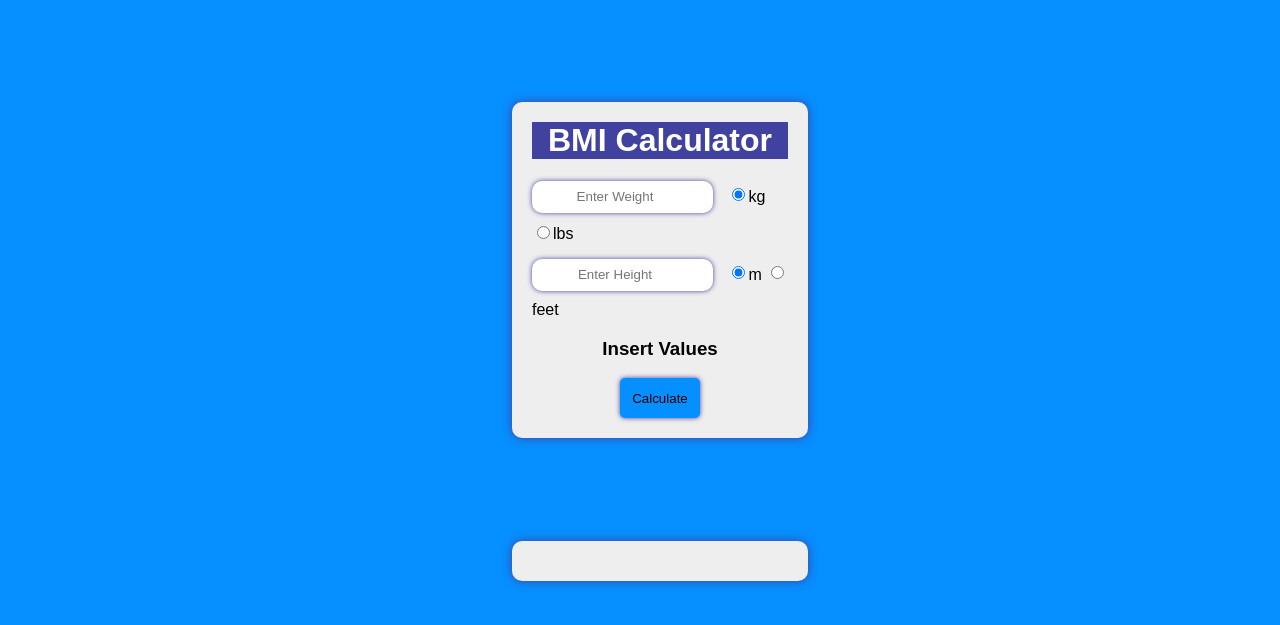
Repository: shayanabedi98/bmi-calculator
Page: index.html
An editor plug-in stored every save of this project. The page is shown before and after the next save, followed by the edit.
The browser window is 1280 px wide. The pictures show the whole page.

Above is the page before, as saved 2023-07-24 14:27:39.

### index.html
<!DOCTYPE html>
<html lang="en">
<head>
    <meta charset="UTF-8">
    <meta name="viewport" content="width=device-width, initial-scale=1.0">
    <title>BMI Calculator</title>
    <link rel="stylesheet" href="styles.css">
</head>
<body>
    <div class="card">
        <div class="bmi-calculator">
            <h1>BMI Calculator</h1>
            <div class="weight">
                <input type="number" placeholder="Enter Weight">
                <input type="radio" name="weight" checked><span>kg</span>
                <input type="radio" name="weight"><span>lbs</span>
            </div>
            <div class="height">
                <input type="number" placeholder="Enter Height">
                <input type="radio" name="height" checked><span>m</span>
                <input type="radio" name="height"><span>feet</span>
            </div>
            <div class="result">
                <h3>Insert Values</h3>
                <button class="calculate">Calculate</button>
            </div>
        </div>
    </div>
    <div class="card">
        <div class="bmi-chart">

        </div>
    </div>
</body>
</html>

### styles.css
body {
    background-color: #068FFF;
    font-family: sans-serif;
    text-align: center;
    padding: 0;
    margin: 0;
}

h1 {
    margin-top: 0;
    background-color: #4141a0;
    color: #ffffff;
}

.card {
    background-color: #EEEEEE;
    padding: 20px;
    width: 20%;
    margin-left: 40%;
    border-radius: 10px;
    margin-top: 8%;
    box-shadow: 0 0 10px 0 #4141a0;
}

.weight {
    display: block;
    text-align: start;
}

.height {
    display: block;
    text-align: start;
}

input[type='number'] {
    display: inline-block;
    text-align: center;
    margin-bottom: 10px;
    margin-right: 10px;
    height: 30px;
    border-radius: 10px;
    border: none;
    box-shadow: 0 0 5px 0 #4141a0;
}

input[type='radio'] {
    margin-bottom: 20px;
}

.result button {
    background-color: #068FFF;
    height: 40px;
    width: 80px;
    border-radius: 5px;
    border: none;
    box-shadow: 0 0 5px 0 #4141a0;
}

After the next save:
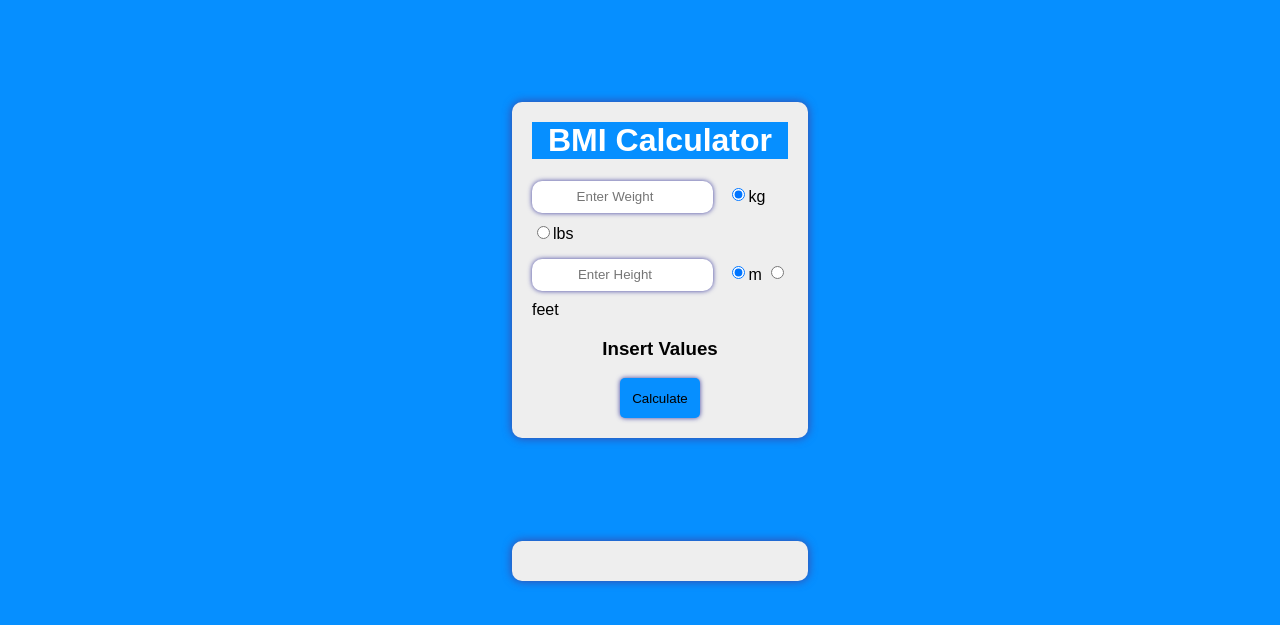
Saved 6 s later.
--- a/styles.css
+++ b/styles.css
@@ -8,7 +8,7 @@ body {
 
 h1 {
     margin-top: 0;
-    background-color: #4141a0;
+    background-color: #068FFF;
     color: #ffffff;
 }
 
